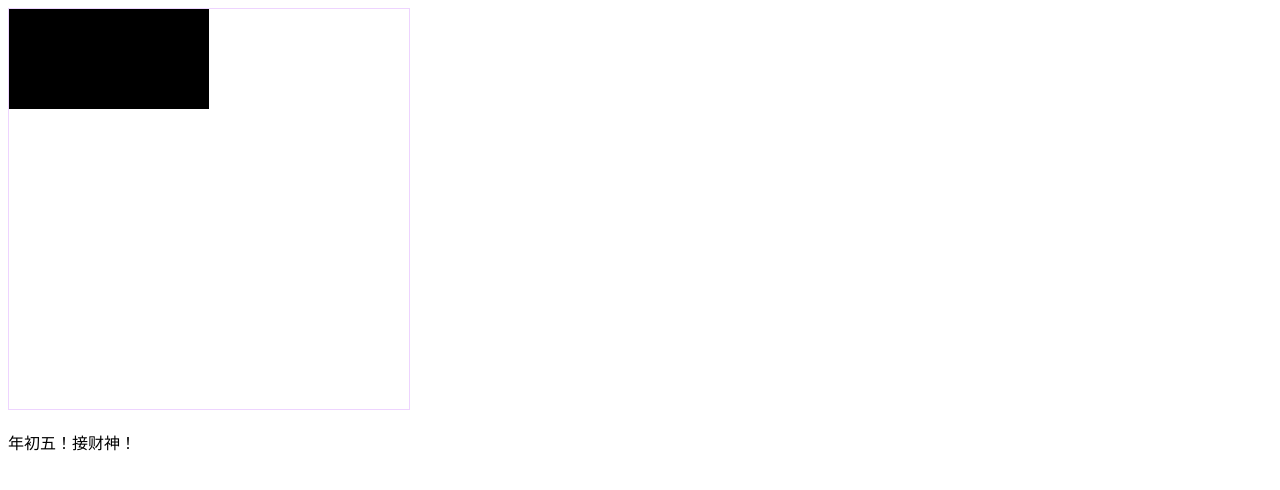
Repository: HyunraDate/ZhongpingShen
Page: index.html
The author's editor kept a copy of each file at every save. The page is drawn from the files as they stood at one save, then again after the next save.
The browser window is 1280 px wide. The pictures show the whole page.

Above is the page before, as saved 2024-02-14 13:45:41.

After the next save:
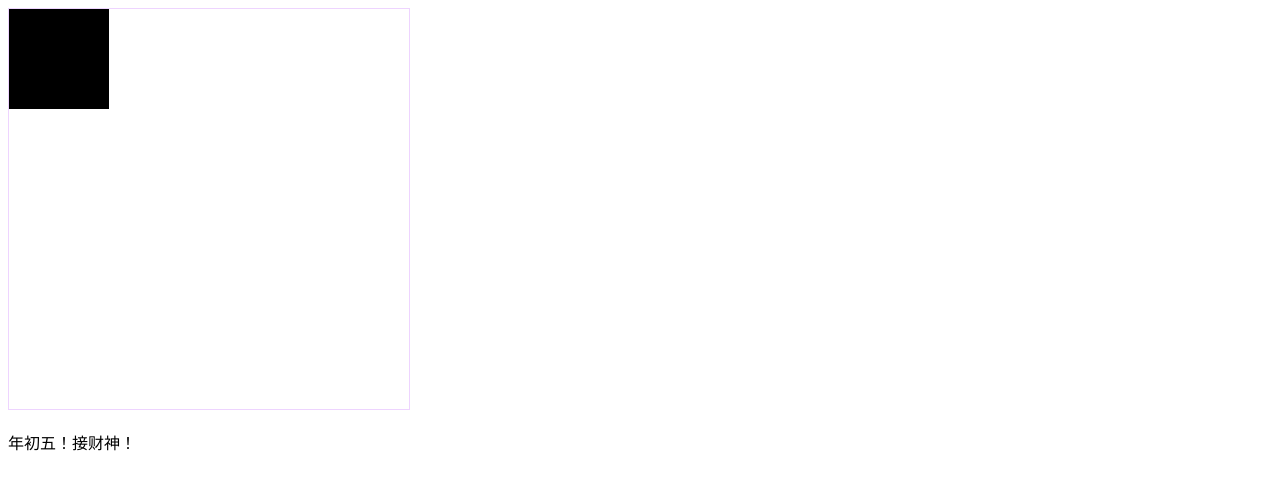
Saved 15 s later.
--- a/index.html
+++ b/index.html
@@ -29,7 +29,7 @@
         //* if u wanna fullview screen
         //canvas.width = window.innerWidth
 
-        ctx.fillRect(0, 0, 200, 100) //坐标&边长 x, y, w, h. this is normal 2D API
+        ctx.fillRect(0, 0, 100, 100) //坐标&边长 x, y, w, h. this is normal 2D API
     </script>
 </body>
 </html>
